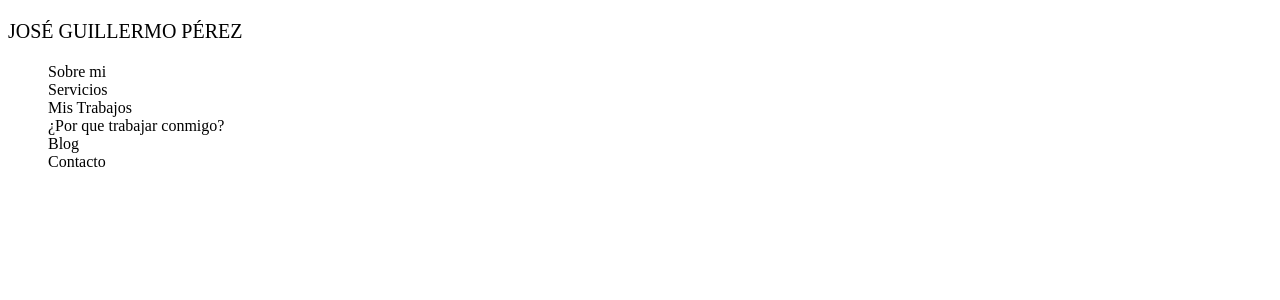
Repository: dexterbitsGit/HtmlSite01
Page: index.html
An editor plug-in stored every save of this project. The page is shown before and after the next save, followed by the edit.
The browser window is 1280 px wide. The pictures show the whole page.

Above is the page before, as saved 2020-09-09 14:12:07.

### index.html
<!DOCTYPE html>
<html lang="es">

<head>
    <meta charset="utf-8" />
    <title>Jose Guillermo Perez - Web Developer</title>
    <link rel="stylesheet" href="css/style.css" />
</head>

<body>
    <div>
        <p>JOSÉ GUILLERMO PÉREZ</p>
        <nav>
            <ul>
                <li class="primer-elemento">Sobre mi</li>
                <li>Servicios</li>
                <li>Mis Trabajos</li>
                <li>¿Por que trabajar conmigo?</li>
                <li>Blog</li>
                <li>Contacto</li>
            </ul>
        </nav>
    </div>
</body>

</html>

### css/style.css
p {
    font-size: 20px;
}

li {
    list-style: none;
}

.primer-elemento {}

After the next save:
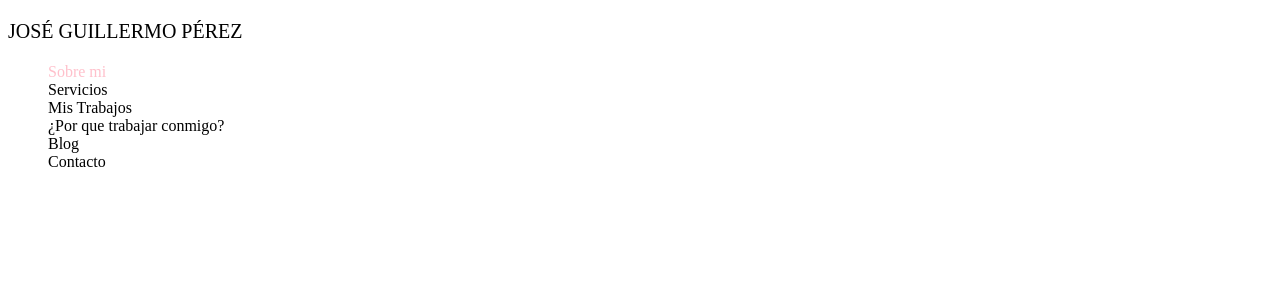
Saved 2 h 2 min later.
--- a/css/style.css
+++ b/css/style.css
@@ -6,4 +6,6 @@
     list-style: none;
 }
 
-.primer-elemento {}
+.primer-elemento {
+    color: pink;
+}
